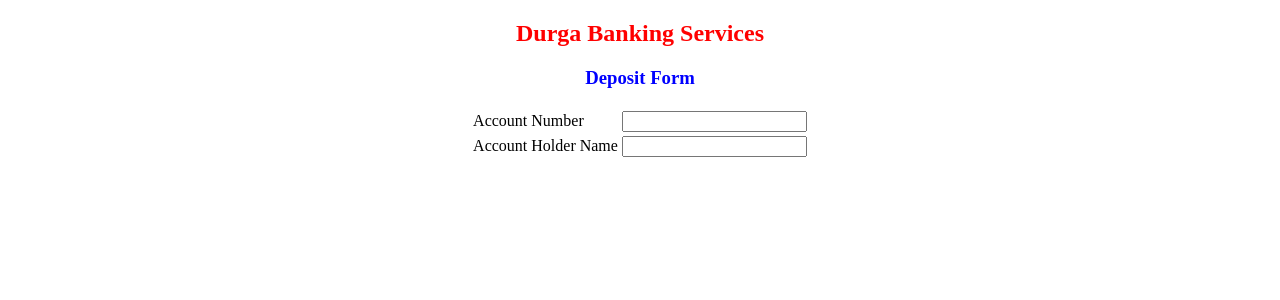
Repository: pranalivm/Servlets
Page: app31/src/main/webapp/form.html
An editor plug-in stored every save of this project. The page is shown before and after the next save, followed by the edit.
The browser window is 1280 px wide. The pictures show the whole page.

Above is the page before, as saved 2023-02-16 02:23:50.

### app31/src/main/webapp/form.html
<!DOCTYPE html PUBLIC "-//W3C//DTD HTML 4.01 Transitional//EN" "http://www.w3.org/TR/html4/loose.dtd">
<html>
<head>
<meta http-equiv="Content-Type" content="text/html; charset=ISO-8859-1">
<title>Insert title here</title>
</head>
<body>
<h2 style="color:red; " align="center ">Durga Banking Services</h2>
<h3 style="color:blue ;" align="center " > Deposit Form</h3>
<form method ="POST" action ="./first" >
<table align="center">
<tr>
	<td>Account Number </td>
	<td><input type="text" name="accNo" /></td>
</tr>

<tr>
	<td>Account Holder Name </td>
	<td><input type="text" name="accHolderName" /></td>
</tr>

</table>

</form>
</body>
</html>

After the next save:
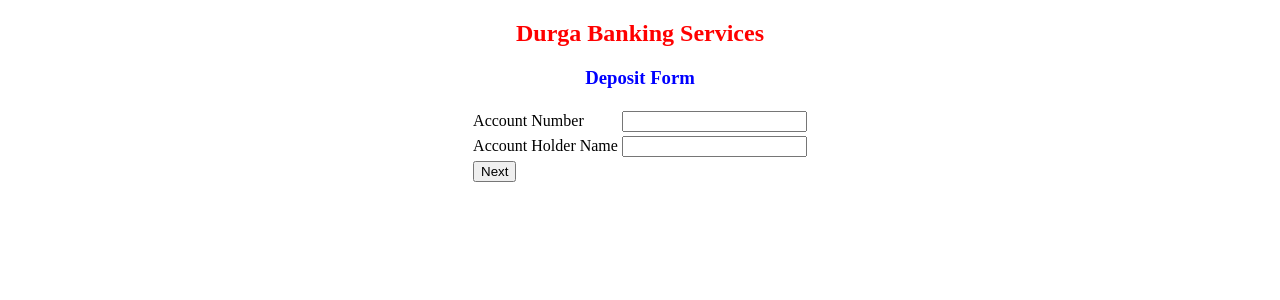
Saved 34 s later.
--- a/app31/src/main/webapp/form.html
+++ b/app31/src/main/webapp/form.html
@@ -19,6 +19,10 @@
 	<td><input type="text" name="accHolderName" /></td>
 </tr>
 
+<tr>
+	<td><input type="submit"  value="Next" /></td>
+</tr>
+
 </table>
 
 </form>
